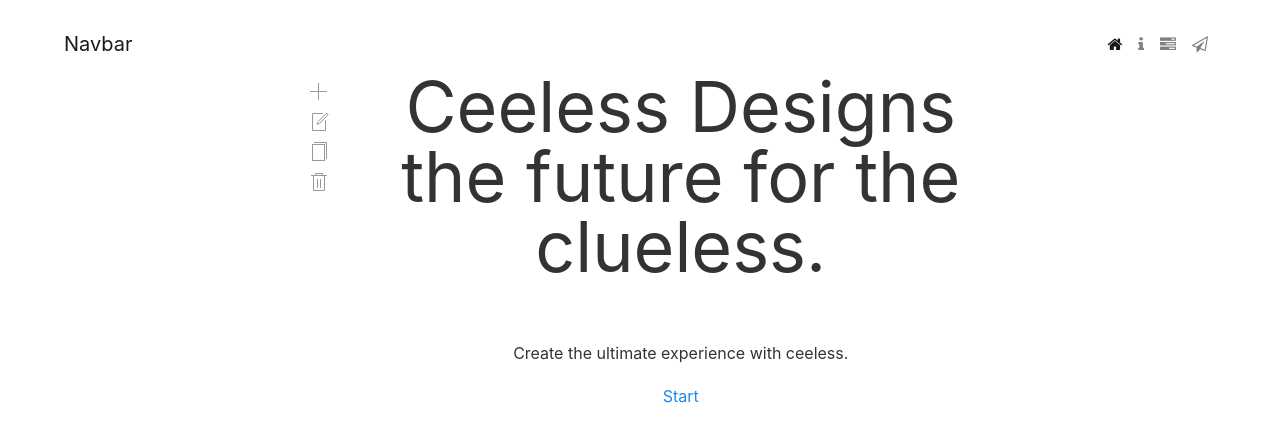
Repository: latenightsnacc/ceeless
Page: index.html
The author's editor kept a copy of each file at every save. The page is drawn from the files as they stood at one save, then again after the next save.
The browser window is 1280 px wide. The pictures show the whole page.
Some web libraries are served in a nearby version. The style sheet was rebuilt from its Sass, Less or Tailwind sources for each picture, by a compiler version that may differ from the author's.

Above is the page before, as saved 2020-06-11 16:17:17.

### index.html
<!DOCTYPE html>
<html lang="en">
<head>
    <meta charset="UTF-8">
    <meta name="viewport" content="width=device-width, initial-scale=1.0">

    <!--Bootstrap-->
    <link rel="stylesheet" href="https://stackpath.bootstrapcdn.com/bootstrap/4.5.0/css/bootstrap.min.css" integrity="sha384-9aIt2nRpC12Uk9gS9baDl411NQApFmC26EwAOH8WgZl5MYYxFfc+NcPb1dKGj7Sk" crossorigin="anonymous">

    <!-- UIkit CSS -->
    <link rel="stylesheet" href="https://cdn.jsdelivr.net/npm/uikit@3.5.3/dist/css/uikit.min.css" />

    <!--Font Awesome Icons-->
    <link rel="stylesheet" href="https://maxcdn.bootstrapcdn.com/font-awesome/4.4.0/css/font-awesome.min.css">

    <!--Custom Stylesheet-->
    <link rel="stylesheet" href="Styles/stylesheet.css">

    <!--Page Title-->
    <title>Ceeless | Licorne Technologies</title>
</head>
<body>
    <main class="wrapper ml-5 mr-5">
        <!--NavBar-->
        <nav class="navbar navbar-expand-lg navbar-light bg-transparent mt-3">
            <!--Logo-->
            <a class="navbar-brand" href="#">Navbar</a>
            <!--Mobile NavBar Icon-->
            <div class="navbar-toggler" type="button" data-toggle="collapse" data-target="#navbarTogglerDemo03" aria-controls="navbarTogglerDemo03" aria-expanded="false" aria-label="Toggle navigation">
                <div class="nav-icon">
                    <span class="long-bar-one"></span>
                    <span class="short-bar-two"></span>
                    <span class="long-bar-three"></span>
                </div>
            </div>
            <div class="collapse navbar-collapse" id="navbarTogglerDemo03">
              <ul class="navbar-nav ml-auto mt-2 mt-lg-0">
                <li class="nav-item active">
                  <a class="nav-link" href="#"><i class="fa fa-home"></i><span class="sr-only">(current)</span></a>
                </li>
                <li class="nav-item">
                  <a class="nav-link" href="#"><i class="fa fa-info"></i></a>
                </li>
                <li class="nav-item">
                  <a class="nav-link" href="#"><i class="fa fa-tasks" aria-hidden="true"></i></a>
                </li>
                <li class="nav-item">
                    <a class="nav-link" href="#"><i class="fa fa-send-o"></i></a>
                  </li>
              </ul>
            </div>
        </nav>
        <!--End of NavBar-->

        <!--Header wrapper-->
        <section class="header-wrapper container-fluid">
            <div class="row">
                <!--Social Icons-->
                <div class="col-3">
                    <ul class="uk-iconnav uk-iconnav-vertical uk-align-right@s	">
                        <li><a href="#" uk-icon="icon: plus"></a></li>
                        <li><a href="#" uk-icon="icon: file-edit"></a></li>
                        <li><a href="#" uk-icon="icon: copy"></a></li>
                        <li><a href="#" uk-icon="icon: trash"></a></li>
                    </ul>
                </div>
                <!--Header Message-->
                <div class="col-9 header-text">
                    <div class="card w-75">
                        <h1>Ceeless Designs the future for the clueless.</h1>
                        <h5>Create the ultimate experience with ceeless.</h5>
                        <a href="#">Start</a>
                    </div>
                </div>
            </div>
        </section>
        <!--End of Header wrapper-->
    </main>

    <!-- JS, Popper.js, and jQuery -->
    <script src="https://code.jquery.com/jquery-3.5.1.slim.min.js" integrity="sha384-DfXdz2htPH0lsSSs5nCTpuj/zy4C+OGpamoFVy38MVBnE+IbbVYUew+OrCXaRkfj" crossorigin="anonymous"></script>
    <script src="https://cdn.jsdelivr.net/npm/popper.js@1.16.0/dist/umd/popper.min.js" integrity="sha384-Q6E9RHvbIyZFJoft+2mJbHaEWldlvI9IOYy5n3zV9zzTtmI3UksdQRVvoxMfooAo" crossorigin="anonymous"></script>
    <script src="https://stackpath.bootstrapcdn.com/bootstrap/4.5.0/js/bootstrap.min.js" integrity="sha384-OgVRvuATP1z7JjHLkuOU7Xw704+h835Lr+6QL9UvYjZE3Ipu6Tp75j7Bh/kR0JKI" crossorigin="anonymous"></script>
    <!-- UIkit JS -->
    <script src="https://cdn.jsdelivr.net/npm/uikit@3.5.3/dist/js/uikit.min.js"></script>
    <script src="https://cdn.jsdelivr.net/npm/uikit@3.5.3/dist/js/uikit-icons.min.js"></script>
</body>
</html>

### Styles/stylesheet.scss
body{
    background-color: white;
}
.navbar-toggler{
    border: none !important;
    .nav-icon{
        display: flex;
        flex-direction: column;
        .long-bar-one, .long-bar-three, .short-bar-two{
            border: 2px solid black;
            margin-bottom: 5px;
        }
        .long-bar-one, .long-bar-three{
            width: 33px;
        }
        .short-bar-two{
            width: 20px;
        }

        &:hover{
            .long-bar-one, .long-bar-three{
                width: 20px;
                transition: width 300ms ease-in-out 0s;

            }
            .short-bar-two{
                width: 33px;

            }
        }
    }
}

.header-wrapper{
    .header-text{
        .card{
            border: none;
            display: flex;
            flex-direction: column;
            align-items: center;
            justify-content: center;

            h1{
                font-size: 70px;
                line-height: 70px;
                text-align: center;
            }
        }
    }
}

After the next save:
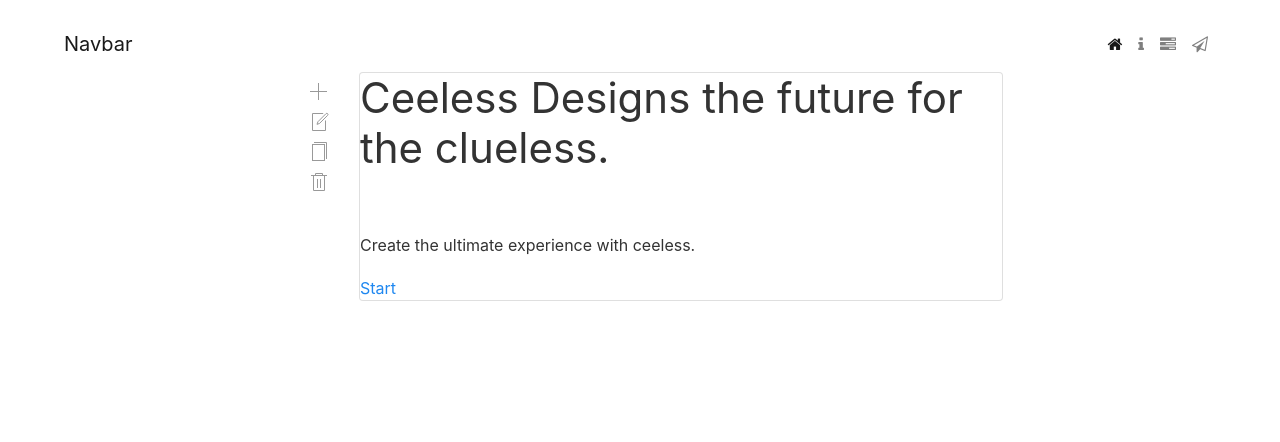
Saved 7 s later.
--- a/Styles/stylesheet.scss
+++ b/Styles/stylesheet.scss
@@ -30,21 +30,3 @@ body{
         }
     }
 }
-
-.header-wrapper{
-    .header-text{
-        .card{
-            border: none;
-            display: flex;
-            flex-direction: column;
-            align-items: center;
-            justify-content: center;
-
-            h1{
-                font-size: 70px;
-                line-height: 70px;
-                text-align: center;
-            }
-        }
-    }
-}
